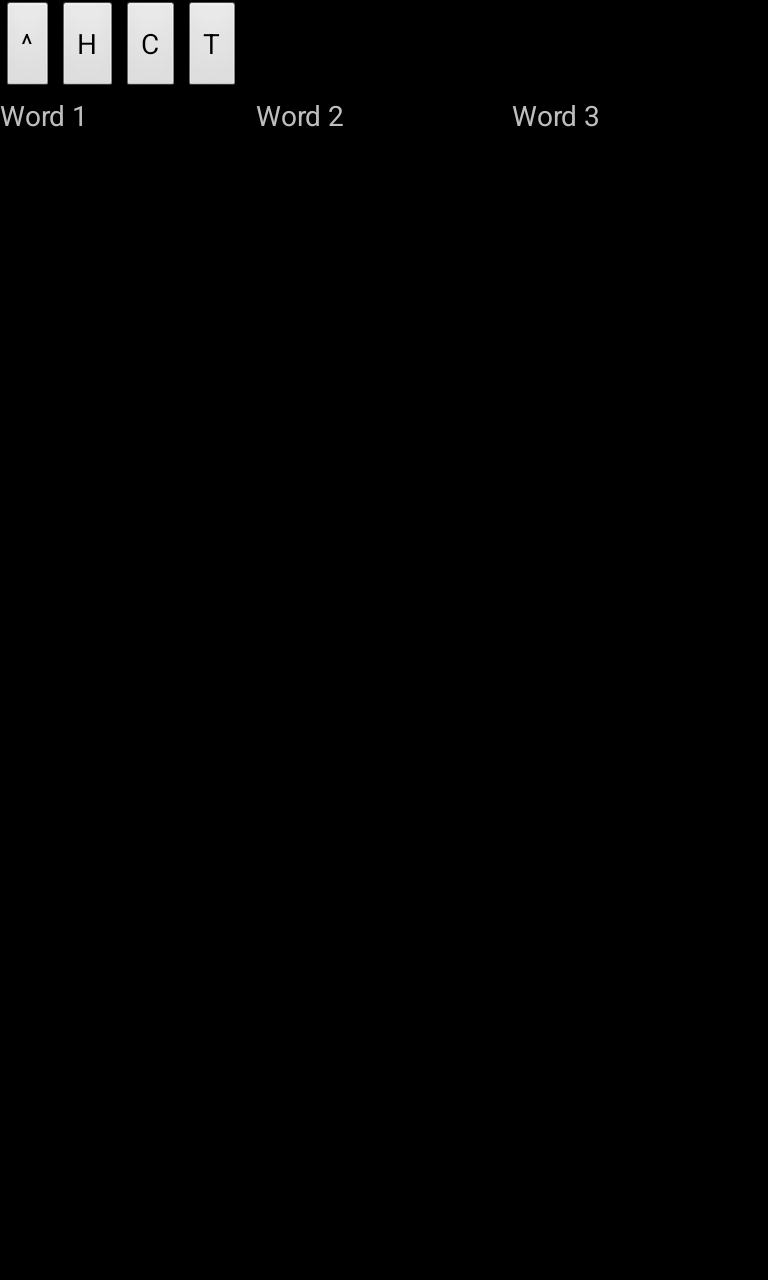
Repository: simplesns/workspace
Layout: eclipse/DEPuzzles/res/layout/wordsearch.xml
These files come from the project's save history. The layout is drawn as it stood at one moment and after the next save; the edit follows.
It is drawn on a 768 x 1280 px phone screen (xhdpi) without system bars, with theme android:Theme; the app's code is not run.

Above is the layout before, as saved 2011-02-04 08:34:46.

### eclipse/DEPuzzles/res/layout/wordsearch.xml
<?xml version="1.0" encoding="utf-8"?>
<LinearLayout xmlns:android="http://schemas.android.com/apk/res/android"
	android:layout_width="fill_parent" android:layout_height="fill_parent"
	android:orientation="vertical">
	<LinearLayout android:id="@+id/LinearLayout01"
		android:layout_width="wrap_content" android:layout_height="wrap_content">
		<Button android:text="^" android:id="@+id/Button01"
			android:layout_width="wrap_content" android:layout_height="wrap_content"></Button>
		<Button android:text="H" android:id="@+id/Button02"
			android:layout_width="wrap_content" android:layout_height="wrap_content"></Button>
		<Button android:text="C" android:id="@+id/Button03"
			android:layout_width="wrap_content" android:layout_height="wrap_content"></Button>
		<Button android:text="T" android:id="@+id/Button04"
			android:layout_width="wrap_content" android:layout_height="wrap_content"></Button>
	</LinearLayout>
	<LinearLayout android:id="@+id/LinearLayout02"
		android:layout_width="wrap_content" android:layout_height="wrap_content"></LinearLayout>
	<TableLayout android:id="@+id/TableLayout01"
		android:layout_width="fill_parent" android:layout_height="wrap_content">
		<TableRow android:id="@+id/TableRow01" android:layout_width="fill_parent"
			android:layout_height="wrap_content">
			<TextView android:text="Word 1" android:id="@+id/TextView01"
				android:layout_width="wrap_content" android:layout_height="wrap_content" android:layout_weight="1"></TextView>
			<TextView android:text="Word 2" android:id="@+id/TextView01"
				android:layout_width="wrap_content" android:layout_height="wrap_content" android:layout_weight="1"></TextView>
			<TextView android:text="Word 3" android:id="@+id/TextView01"
				android:layout_width="wrap_content" android:layout_height="wrap_content" android:layout_weight="1"></TextView>
		</TableRow>
		<TableRow android:id="@+id/TableRow02" android:layout_width="wrap_content"
			android:layout_height="wrap_content"></TableRow>
		<TableRow android:id="@+id/TableRow03" android:layout_width="wrap_content"
			android:layout_height="wrap_content"></TableRow>

	</TableLayout>
</LinearLayout>

After the next save:
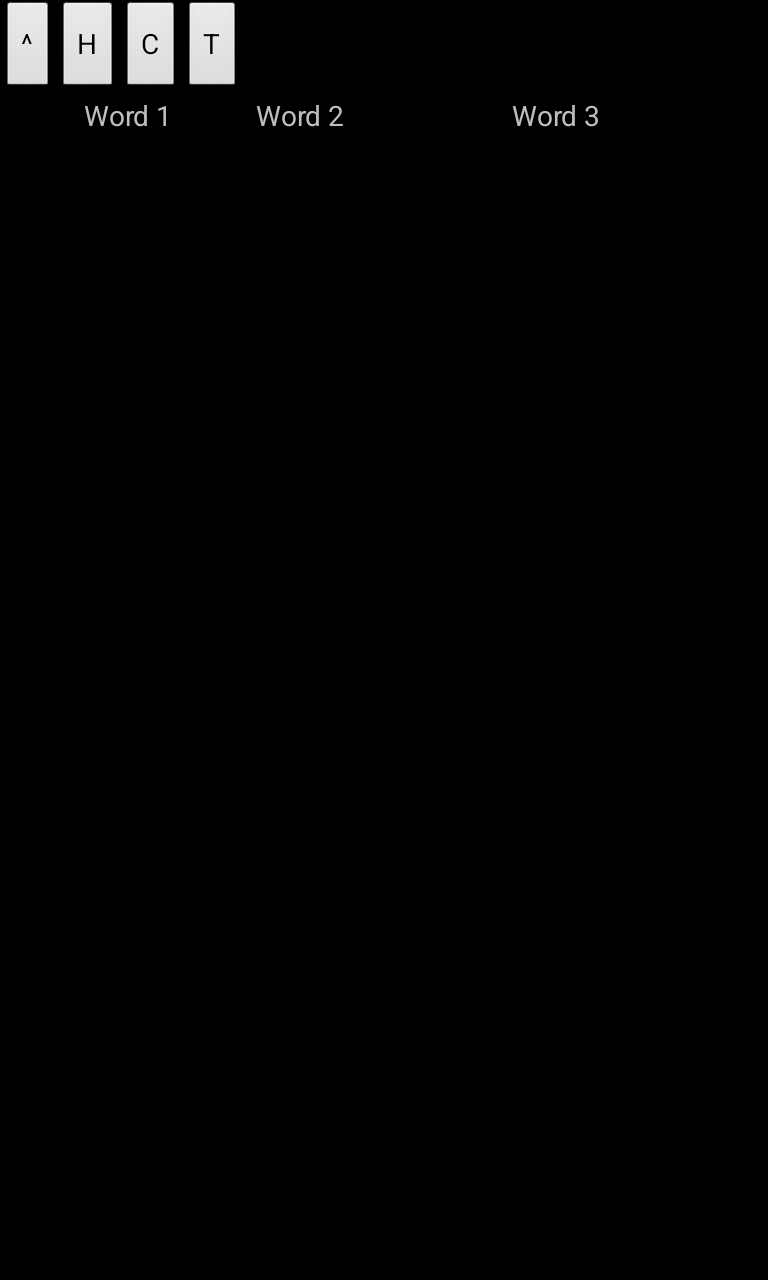
Saved 22 s later.
--- a/eclipse/DEPuzzles/res/layout/wordsearch.xml
+++ b/eclipse/DEPuzzles/res/layout/wordsearch.xml
@@ -20,11 +20,14 @@
 		<TableRow android:id="@+id/TableRow01" android:layout_width="fill_parent"
 			android:layout_height="wrap_content">
 			<TextView android:text="Word 1" android:id="@+id/TextView01"
-				android:layout_width="wrap_content" android:layout_height="wrap_content" android:layout_weight="1"></TextView>
+				android:layout_width="wrap_content" android:layout_height="wrap_content"
+				android:layout_weight="1" android:gravity="center_horizontal"></TextView>
 			<TextView android:text="Word 2" android:id="@+id/TextView01"
-				android:layout_width="wrap_content" android:layout_height="wrap_content" android:layout_weight="1"></TextView>
+				android:layout_width="wrap_content" android:layout_height="wrap_content"
+				android:layout_weight="1"></TextView>
 			<TextView android:text="Word 3" android:id="@+id/TextView01"
-				android:layout_width="wrap_content" android:layout_height="wrap_content" android:layout_weight="1"></TextView>
+				android:layout_width="wrap_content" android:layout_height="wrap_content"
+				android:layout_weight="1"></TextView>
 		</TableRow>
 		<TableRow android:id="@+id/TableRow02" android:layout_width="wrap_content"
 			android:layout_height="wrap_content"></TableRow>
